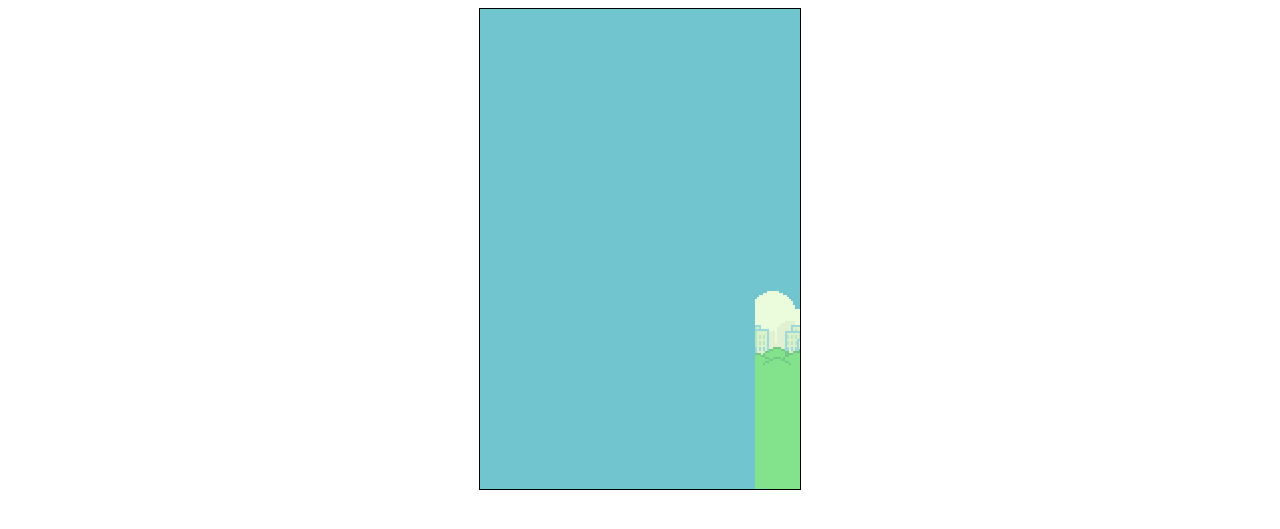
Repository: GoodHoneyCake/Flappy_Bird_Game
Page: index.html
These files come from the project's save history. The page is drawn as it stood at one moment and after the next save; the edit follows.
The browser window is 1280 px wide. The pictures show the whole page.

Above is the page before, as saved 2021-02-01 14:02:20.

### index.html
<!DOCTYPE html>
<html lang="en">
  <head>
    <meta charset="UTF-8" />
    <meta name="viewport" content="width=device-width, initial-scale=1.0" />
    <title>Original Flappy Bird - JavaScript</title>
    <link rel="preconnect" href="https://fonts.gstatic.com" />
    <link
      href="https://fonts.googleapis.com/css2?family=Teko:wght@700&display=swap"
      rel="stylesheet"
    />
    <link rel="stylesheet" href="style.css" />
  </head>
  <body>
    <canvas id="bird" width="320" height="480"></canvas>
    <script src="game.js"></script>
  </body>
</html>

### style.css
* {
  font-family: "Teko", sans-serif;
}

canvas {
  border: 1px solid #000;
  display: block;
  margin: 0 auto;
}

### game.js
"use strict";

const cvs = document.getElementById("bird");
const ctx = cvs.getContext("2d");

// Game vars and consts
let frames = 0;

// Load sprite image
const sprite = new Image();
sprite.src = "img/sprite.png";

// Background
const bg = {
  sX: 0,
  sY: 0,
  w: 275,
  h: 226,
  x: 0,
  y: cvs.height - 226,
  draw: function () {
    ctx.drawImage(
      sprite,
      this.sX,
      this.sY,
      this.w,
      this.h,
      this.x,
      this.y,
      this.w,
      this.h
    );
  },
  draw: function () {
    ctx.drawImage(
      sprite,
      this.sX,
      this.sY,
      this.w,
      this.h,
      this.x + this.w,
      this.y,
      this.w,
      this.h
    );
  },
};

// Draw
function draw() {
  ctx.fillStyle = "#70c5ce";
  ctx.fillRect(0, 0, cvs.width, cvs.height);

  bg.draw();
}

// Update
function update() {}

// Loop
function loop() {
  update();
  draw();
  frames++;

  requestAnimationFrame(loop);
}
loop();

After the next save:
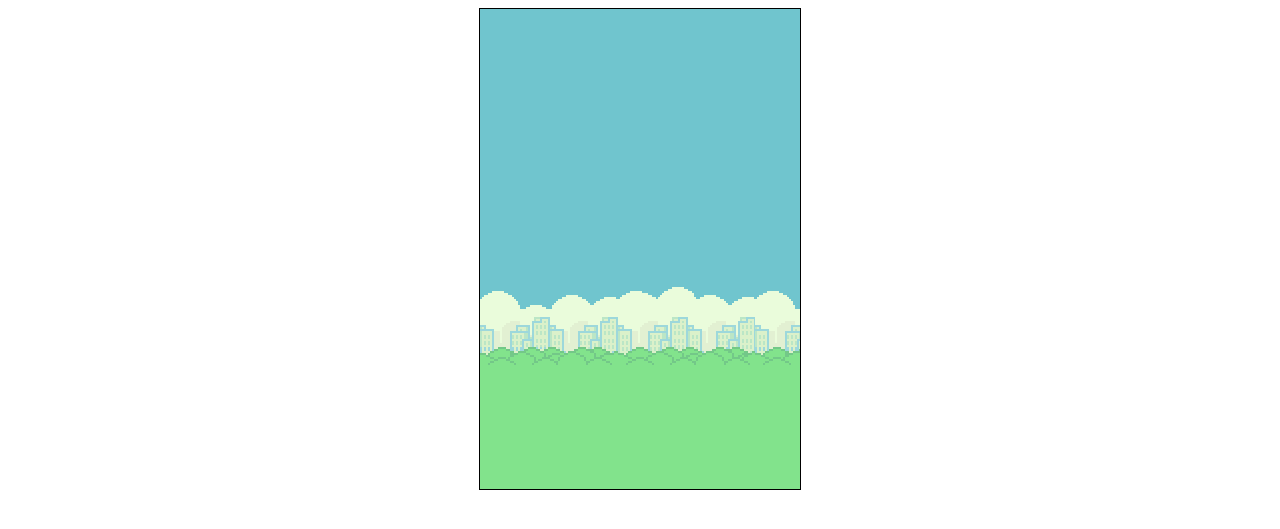
Saved 37 s later.
--- a/game.js
+++ b/game.js
@@ -30,8 +30,6 @@
       this.w,
       this.h
     );
-  },
-  draw: function () {
     ctx.drawImage(
       sprite,
       this.sX,
